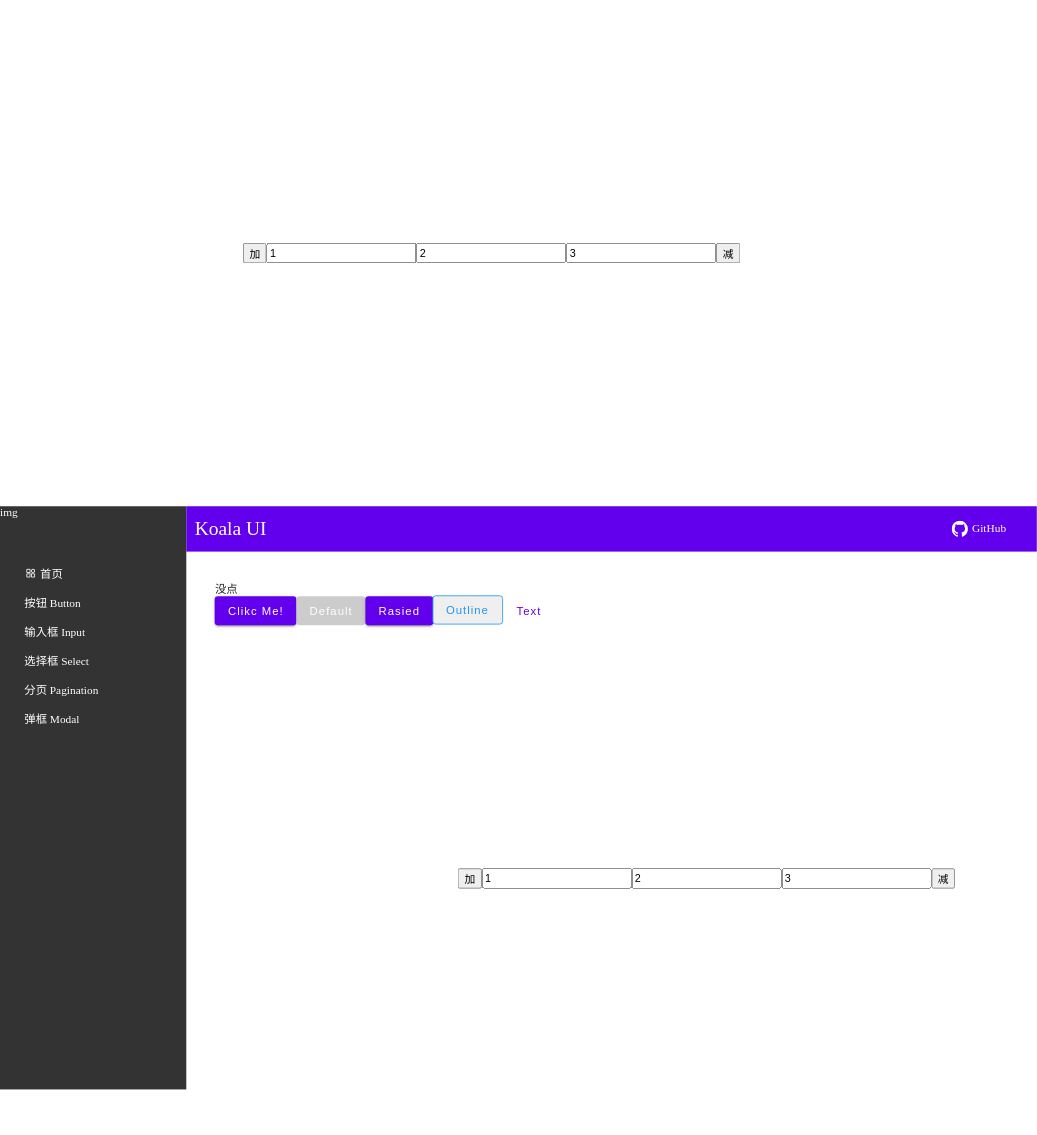
Repository: wyhsunflower/koalaUI
Page: /
An editor plug-in stored every save of this project. The page is shown before and after the next save, followed by the edit.
The browser window is 1280 px wide. The pictures show the whole page, at 81% of full size.
The project was rebuilt for these pictures with package versions that can differ from the ones it lists, and the page was loaded fresh each time. Also part of the build but not shown: webpack.config.js, src/components/Modal/Modal.vue. Imported but missing from the stored project, and not drawn on this page: src/views/go/go2.vue.

Above is the page before, as saved 2020-03-19 21:35:17.

### index.html
<!DOCTYPE html>
<html lang="en">
<head>
    <meta charset="UTF-8">
    <title>koala's UI</title>
</head>
<style>
    .time-picker{
    display: flex;
    flex-flow: row nowrap;
    margin:300px;
}
</style>
<body>
    <div class="time-picker">
        <button click="">加</button>
        <input type="number"  value="1">
        <input type="number" value="2">
        <input type="number" value="3">
        <button click="">减</button>
        </div>
<div id="app"></div>
</body>
</html>

### src/index.js
import Vue from 'vue';
import App from './app';
import './components/components.js'
import './styles/global.scss';
import './styles/iconfont/icon.scss'
import router from './router/route';


new Vue({
    router,
    render(h) {
        return h(App);
    }
}).$mount('#app');

### src/app.vue
<template>
    <div id="app" class="container">
        <SideBar></SideBar>
        <div class="right">
            <Header></Header>
            <div class="main">
                <transition>
                 <router-view></router-view>
                </transition>
            </div>
        </div>
    </div>
</template>
<script>
    import SideBar from './SideBar';
    import Header from './Header';
    export default {
        name: "app",
        components:{
            SideBar,
            Header
        },
    }
</script>

<style lang="scss" scoped>
    @import "styles/global";
    .container{
        width: 100%;
        display: flex;
        flex-flow: row nowrap;
        height: 100%;
    }
    .right{
        width: 82%;
        height: 100%;
    }
        .main{
            width: 100%;
            height: 100%;
            padding:2.5rem;
        }
</style>

### src/components/components.js
import Vue from 'vue'
import Button from './Button/Button';
import Modal from './Modal/Modal';

Vue.component('Button',Button);
Vue.component('Modal',Modal);

### src/styles/global.scss
$font-color: rgba(0,0,0, 0.87);
$color-btn-default:#ccc;
$color-btn-primary:#2196f3;
$color-btn-custom:#6200ee;
* {
    box-sizing: border-box;
}
html, body {
    margin: 0;
    padding: 0;
    font-size: 14px;
}
html{
    width: 100%;
    height: 100%;
    outline: none;
    font-size: 14px;
}
body {
    color: $font-color;
    font-size: 14px;
    height: 100%;
    width: 100%;
}
.koala-button{

    -moz-osx-font-smoothing: grayscale;
    -webkit-font-smoothing: antialiased;
    font-size: 1rem;
    line-height: 2.25rem;
    font-weight: 500;
    letter-spacing: .0892857143em;
    text-decoration: none;
    display: inline-flex;
    position: relative;
    align-items: center;
    justify-content: center;
    box-sizing: border-box;
    min-width: 64px;
    border: none;
    outline: none;
    line-height: 1;
    -webkit-user-select: none;
    -moz-user-select: none;
    -ms-user-select: none;
    user-select: none;
    -webkit-appearance: none;
    overflow: visible;
    vertical-align: middle;
    border-radius: 4px;
    cursor: pointer;

    padding: 0 1.145rem;
    min-width: 4.5rem;
    color: #fff;
    height: 2.572rem;
}

### src/styles/iconfont/icon.scss
@font-face {font-family: "iconfont";
  src: url('./iconfont.eot?t=1575969178796'); /* IE9 */
  src: url('./iconfont.eot?t=1575969178796#iefix') format('embedded-opentype'), /* IE6-IE8 */
       url('./iconfont.woff?t=1575969178796') format('woff'),
       url('./iconfont.ttf?t=1575969178796') format('truetype'), /* chrome, firefox, opera, Safari, Android, iOS 4.2+ */
       url('./iconfont.svg?t=1575969178796#iconfont') format('svg'); /* iOS 4.1- */
}
.iconfont {
  font-family: "iconfont" !important;
  font-size: 16px;
  font-style: normal;
  -webkit-font-smoothing: antialiased;
  -moz-osx-font-smoothing: grayscale;
}
.icon-all:before {
  content: "\e6ef";
}

### src/router/route.js
import Router from 'vue-router';
import Vue from 'vue';
//import Home from '../app';
//import Button from '../components/Button/Button';
import Home from '../views/home';


const routerListDir=[];

function importAllRouter(r) {
    r.keys().forEach(
        (key)=>routerListDir.push(r(key).default)
    )
}

importAllRouter(require.context('../router',true,/\.router\.js/));
Vue.use(Router);
console.log(routerListDir);

export default new Router({
    routes: [
        ...routerListDir,
        { path: '/',component:Home},
        //{ path: '/button',component:Button},
    ]
});

### src/SideBar.vue
<template>
    <div class="side">
        <div class="top">
            <div>img</div>
            <!--<img src="./static/img/logo.jpg">-->
        </div>
        <ul class="side-list">
            <li v-for="x of lists">
                <i class="iconfont" :class="x.icon"></i>
                {{x.name}}
            </li>
        </ul>
    </div>
</template>

<script>
    export default {
        name: "SideBar",
        data(){
            return{
                lists:[
                    {
                        name:'首页',
                        icon:'icon-all',
                    },
                    {
                        name:'按钮 Button',
                        icon:'button',
                    },
                    {
                        name:'输入框 Input',
                        icon:'input',
                    },
                    {
                        name:'选择框 Select',
                        icon:'select',
                    },
                    {
                        name:'分页 Pagination',
                        icon:'pagination',
                    },
                    {
                        name:'弹框 Modal',
                        icon:'modal',
                    },
                ],
            }
        },
    }
</script>

<style lang="scss" scoped>
    .side {
        max-width: 300px;
        width: 18%;
        background: rgba(0,0,0,.8);
        height: 100%;
        color: #fff;
    }
    .top {
        height: 50px;
    }
    ul{
        list-style: none;
        padding: 0;
    }
    li{
        padding: 8px 30px;
        &:hover{background: rgba(0,0,0,.2);}
    }
</style>

### src/Header.vue
<template>
    <div class="header">
        <div class="title">Koala UI</div>
        <div class="right">
            <!-- <div class="search">GitHub</div> -->
            <div class="config">
                <svg width="20" height="20" viewBox="0 0 20 20" xmlns="http://www.w3.org/2000/svg">
                <title>github-circle-white-transparent</title>
                    <path d="M10 0C4.477 0 0 4.477 0 10c0 4.42 2.87 8.17 6.84 9.5.5.08.66-.23.66-.5v-1.69c-2.77.6-3.36-1.34-3.36-1.34-.46-1.16-1.11-1.47-1.11-1.47-.91-.62.07-.6.07-.6 1 .07 1.53 1.03 1.53 1.03.87 1.52 2.34 1.07 2.91.83.09-.65.35-1.09.63-1.34-2.22-.25-4.55-1.11-4.55-4.92 0-1.11.38-2 1.03-2.71-.1-.25-.45-1.29.1-2.64 0 0 .84-.27 2.75 1.02.79-.22 1.65-.33 2.5-.33.85 0 1.71.11 2.5.33 1.91-1.29 2.75-1.02 2.75-1.02.55 1.35.2 2.39.1 2.64.65.71 1.03 1.6 1.03 2.71 0 3.82-2.34 4.66-4.57 4.91.36.31.69.92.69 1.85V19c0 .27.16.59.67.5C17.14 18.16 20 14.42 20 10A10 10 0 0 0 10 0z" fill="#FFF" fill-rule="evenodd"/>
                </svg>
                <div class="github">GitHub</div>
            </div>
        </div>
    </div>
</template>

<script>
    export default {
        name: "Header"
    }
</script>

<style lang="scss" scoped>
    .header{
        width: 100%;
        display: flex;
        justify-content: space-between;
        align-items: center;
        background-color:#6200ee;
        height:56px;
    }
    .title{
        width: 70%;
        color:#fff;
        font-size:24px;
        padding-left:10px;
    }
    .right{
        width: 10%;
    }
    .config{
        display:flex;
        align-items:center;
        cursor:pointer;
    }
    .github{
        color:#fff;
        font-size: 1rem;
        padding-left:5px;
    }
</style>

### src/components/Button/Button.vue
<template>
    <component
            class="koala-button"
            :class="buttonType"
            is="button"
            @click="onClick"
    >
        <slot></slot>
    </component>
</template>

<script>
    //type color icon
    export default {
        name: "Button",
        // ['type','color','diabled','size'],
        props: {
            type:{
                type: String,
                default:'default', // 'default', 'rasied , 'text', 'outline'
            },
            color:{
                type: String,
                default: 'default', // 'default', 'primary', 'custom'
            },
            size:{
                type: String,
                default: 'normal' // 'small', 'normal', 'large','custom'
            },
            disabled: {
                type: Boolean,
                default: false
            }
        },
        data(){
            return{
            }
        },
        components:{

        },
        computed:{
            buttonType(){
                const buttonClass = {
                    "outline": [`koala-button-${this.type}`,`koala-button-ouline-color-${this.color}`],
                    "text": [`koala-button-${this.type}`,`koala-button-text-color-${this.color}`],
                    "default": [`koala-button-${this.type}`,`koala-button-color-${this.color}`],
                    "rasied": [`koala-button-${this.type}`,`koala-button-color-${this.color}`],
                }
                return buttonClass[this.type]
            },
        },
        methods:{
            onClick(e){
                this.$emit('click', e);
            }
        },
        mounted(){
        },
    }
</script>

<style lang="scss" scoped >
    @import "../../styles/global.scss";
// .koala-button{
//     background-color:#ccc;
//     min-width: 4.5rem;
//     border-radius: .25rem;
//     color: #fff;
//     font-size: .875rem;
//     font-weight: 300;
//     box-sizing: border-box;
//     position: relative;
//     -webkit-user-select: none;
//     -moz-user-select: none;
//     -ms-user-select: none;
//     user-select: none;
//     cursor: pointer;
//     outline: none;
//     border: none;
//     -webkit-tap-highlight-color: transparent;
//     display: inline-block;
//     white-space: nowrap;
//     text-decoration: none;
//     vertical-align: baseline;
//     text-align: center;
//     margin: 0;
//     min-width: 64px;
//     line-height: 36px;
//     padding: 0 16px;
//     border-radius: 4px;
//     overflow: visible;
//     transform: translate3d(0, 0, 0);
//     transition: background 400ms cubic-bezier(0.25, 0.8, 0.25, 1),box-shadow 280ms cubic-bezier(0.4, 0, 0.2, 1);
// }
    .koala-button-default{
        box-shadow: 0 0 0 0 rgba(0,0,0,.2), 0 0 0 0 rgba(0,0,0,.14), 0 0 0 0 rgba(0,0,0,.12);
    }
    .koala-button-rasied{
        box-shadow: 0px 3px 1px -2px rgba(0, 0, 0, 0.2), 0px 2px 2px 0px rgba(0, 0, 0, 0.14), 0px 1px 5px 0px rgba(0,0,0,.12);
        transition: box-shadow 280ms cubic-bezier(0.4, 0, 0.2, 1);
    }
    .koala-button-text{
        background-color: transparent;
        // color: $color-btn-primary;
    }
    .koala-button-outline{
        top: -1px;
        left: -1px;
        // border: 1px solid transparent;
        // color:$color-btn-primary;
        // border-color: $color-btn-primary;
    }
    .koala-button-color-default{
        background-color:$color-btn-default;
    }
    .koala-button-color-primary{
        background-color:$color-btn-primary;
    }
    .koala-button-color-custom{
        background-color:$color-btn-custom;
    }
    .koala-button-ouline-color-default{
        border: 1px solid transparent;
        color:$color-btn-default;
        border-color: $color-btn-default;
    }
    .koala-button-ouline-color-primary{
        border: 1px solid transparent;
        color:$color-btn-primary;
        border-color: $color-btn-primary;
    }
    .koala-button-ouline-color-custom{
        border: 1px solid transparent;
        color:$color-btn-custom;
        border-color: $color-btn-custom;
    }
    .koala-button-text-color-default{
        color: $color-btn-default;
    }
    .koala-button-text-color-primary{
        color: $color-btn-primary;
    }
    .koala-button-text-color-custom{
        color: $color-btn-custom;
    }
</style>

### src/views/home.vue
<template>
    <div class="main-container">
        <div>{{message}}</div>
        <Button @click="showModal" type="rasied" color="custom">Clikc Me!</Button>
        <Modal v-if="modal" :self="this" :confirmCallback="confirmWay" :cancelCallback="cancelWay">
            <div>Modal组件</div>
            <div>Modal组件</div>
            <div>Modal组件</div>
            <div>Modal组件</div>
            <div>Modal组件</div>
            <div>Modal组件</div>
        </Modal>
        <Button @click="clicked('default')" type="default" color="default">Default</Button>
        <Button @click="clicked('rasied')" type="rasied" color="custom">Rasied</Button>
        <Button @click="clicked('outline')" type="outline" color="primary">Outline</Button>
        <Button @click="clicked('text')" type="text" color="custom">Text</Button>
        <div class="time-picker">
        <button click="">加</button>
        <input type="number"  value="1">
        <input type="number" value="2">
        <input type="number" value="3">
        <button click="">减</button>
        </div>
    </div>
</template>

<script>
    // import Modal from '../components/Modal/Modal.vue'
    // import Button from '../components/Button/Button.vue'
    export default {
        name: "home",
        data(){
            return{
                modal:false,
                message:'没点'
            }
        },
        // components:{
        //     Button
        // },
        methods:{
            showModal(){
                this.modal = true
            },
            confirmWay(){
                this.message = '确定'
            },
            cancelWay(){
                this.message = '取消了'
            },
            clicked(name){
                alert(name)
            },
        },
    }
</script>

<style lang="scss" scoped>
.time-picker{
    display: flex;
    flex-flow: row nowrap;
    margin:300px;
}
</style>

### src/router/button.router.js
import Button from '../components/Button/Button';
export default {
    path: '/button',
    name: 'button',
    component:Button,
    children:[]
}

### src/router/modal.router.js
import Modal from '../components/Modal/Modal';
export default {
    path: '/modal',
    name: 'modal',
    component:Modal,
}

### src/router/sample.router.js
import Sample from '../views/go/go2.vue';
export default {
    path: '/sample',
    name: 'sample',
    component:Sample,
}

After the next save:
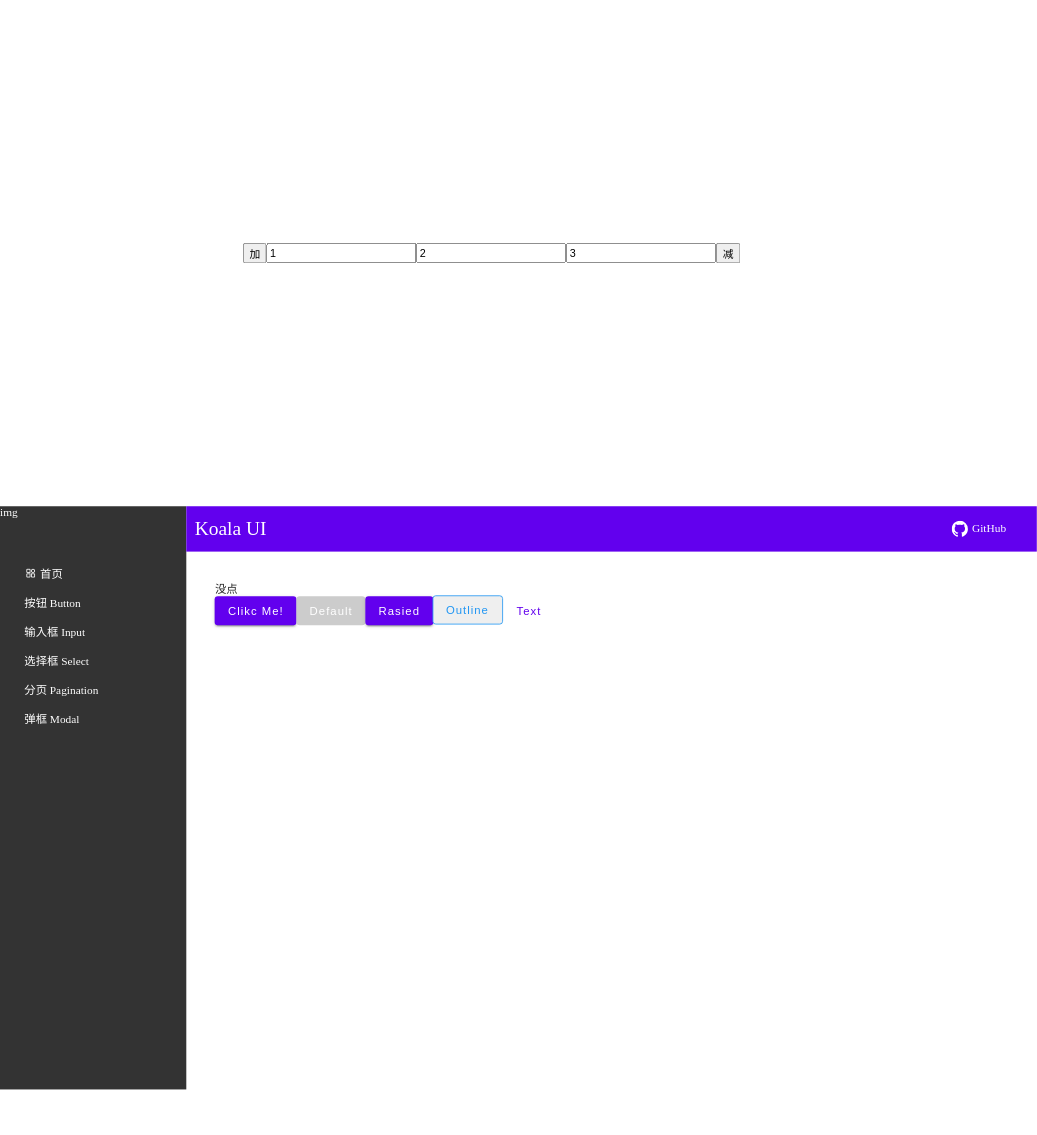
Saved 17 s later.
--- a/src/views/home.vue
+++ b/src/views/home.vue
@@ -14,13 +14,6 @@
         <Button @click="clicked('rasied')" type="rasied" color="custom">Rasied</Button>
         <Button @click="clicked('outline')" type="outline" color="primary">Outline</Button>
         <Button @click="clicked('text')" type="text" color="custom">Text</Button>
-        <div class="time-picker">
-        <button click="">加</button>
-        <input type="number"  value="1">
-        <input type="number" value="2">
-        <input type="number" value="3">
-        <button click="">减</button>
-        </div>
     </div>
 </template>
 
@@ -56,9 +49,4 @@
 </script>
 
 <style lang="scss" scoped>
-.time-picker{
-    display: flex;
-    flex-flow: row nowrap;
-    margin:300px;
-}
 </style>
